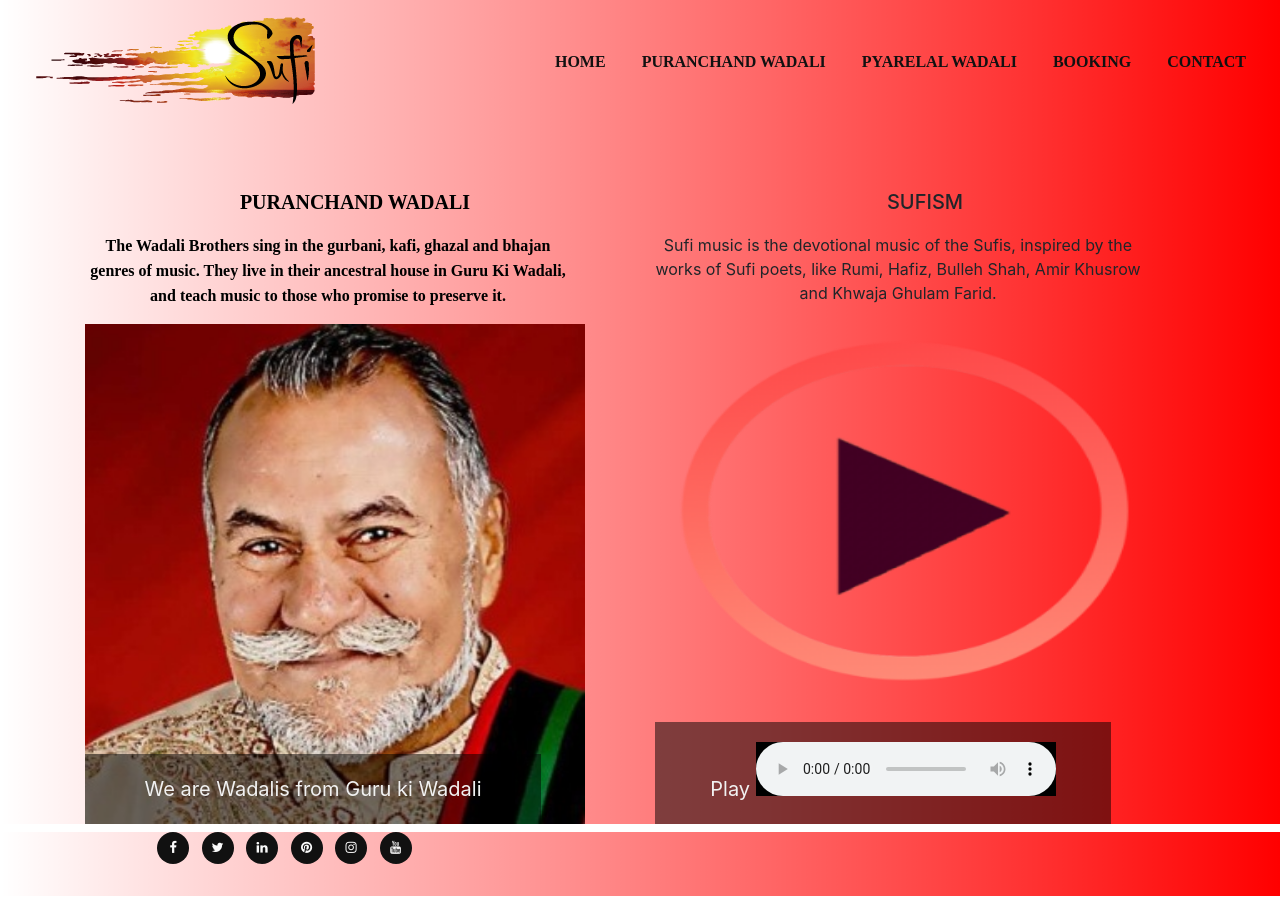
Repository: hankanallt/Wadalis
Page: puran.html
The author's editor kept a record of every edit. The page is drawn from the files as they stood at one moment, then again after the next edit.
The browser window is 1280 px wide. The pictures show the whole page.

Above is the page before.

After the next edit:
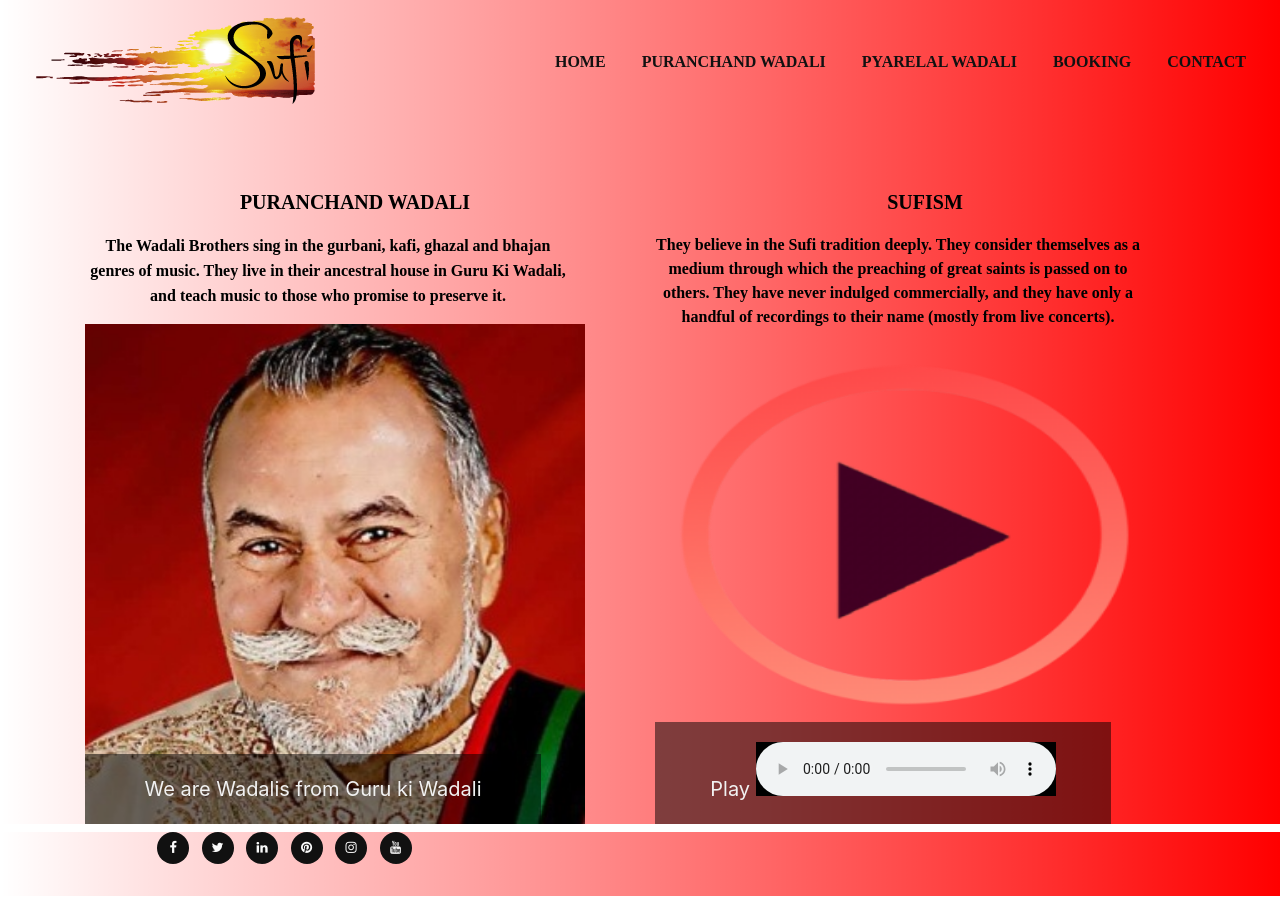
The edit:
--- a/puran.html
+++ b/puran.html
@@ -65,8 +65,9 @@
           </div>
 
           <div class="col-md-6">
-          <p class="title">SUFISM</p>
-          <p class="center">Sufi music is the devotional music of the Sufis, inspired by the works of Sufi poets, like Rumi, Hafiz, Bulleh Shah, Amir Khusrow and Khwaja Ghulam Farid.</p>
+          <p class="title"><a href="https://www.livemint.com/Leisure/Sfd2eI5TB4rIz2uUtXyEzM/We-own-the-night-The-Wadali-Brothers-in-concert.html">SUFISM</p>
+          <p class="center">They believe in the Sufi tradition deeply. They consider themselves as a medium through which the preaching of great saints is passed on to others.
+          They have never indulged commercially, and they have only a handful of recordings to their name (mostly from live concerts).</p>
 
           <a href="#"><img src="images/play button.png" onClick="document.getElementById('audio_play').play(); return false;"  width="500" height="380"></a>
           <div class="overlay">Play
